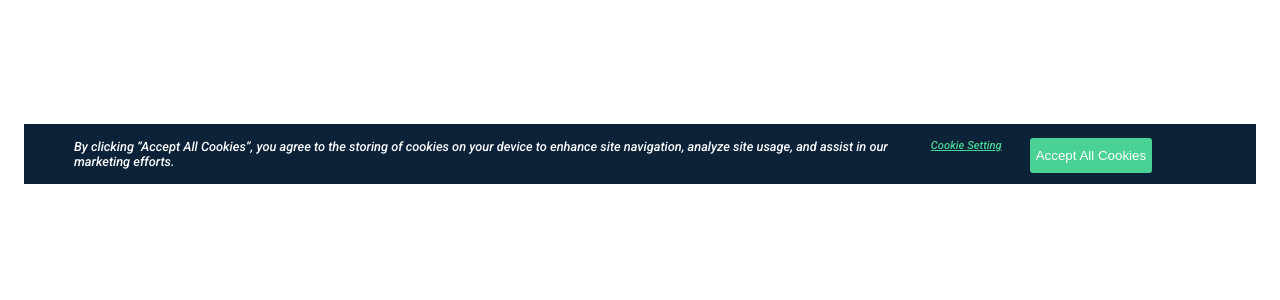
Repository: batonAnton/cursor_cookies_lectr3
Page: index.html
An editor plug-in stored every save of this project. The page is shown before and after the next save, followed by the edit.
The browser window is 1280 px wide. The pictures show the whole page.

Above is the page before, as saved 2022-06-01 11:35:18.

After the next save:
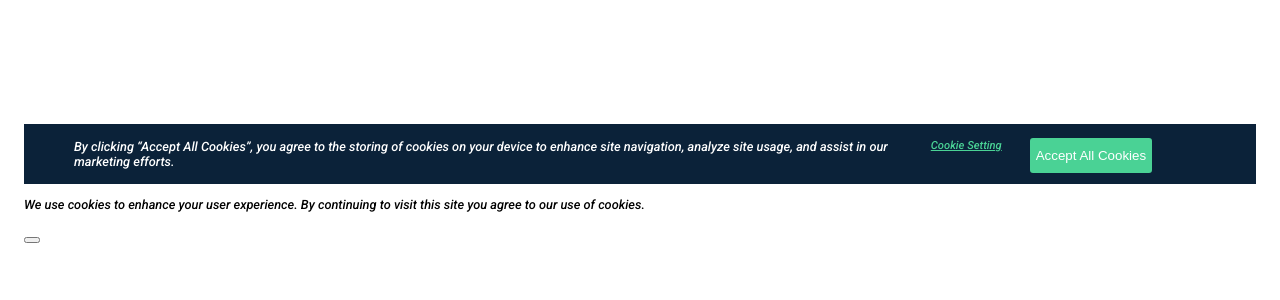
Saved 2 min 31 s later.
--- a/index.html
+++ b/index.html
@@ -14,11 +14,15 @@
     <div class="container">
         <div class="banner_1">
             <p>By clicking “Accept All Cookies”, you agree to the storing of cookies on your device to enhance site navigation, analyze site usage, and assist in our <br> marketing efforts.</p>
-
             <a href="#">cookie setting</a>
-
             <button>accept all cookies</button>
         </div>
+
+        <div class="banner_2">
+            <p>We use cookies to enhance your user experience. By continuing to visit this site you agree to our <span>use of cookies.</span></p>
+            <button></button>
+        </div>
+
     </div>
 </body>
 </html>
